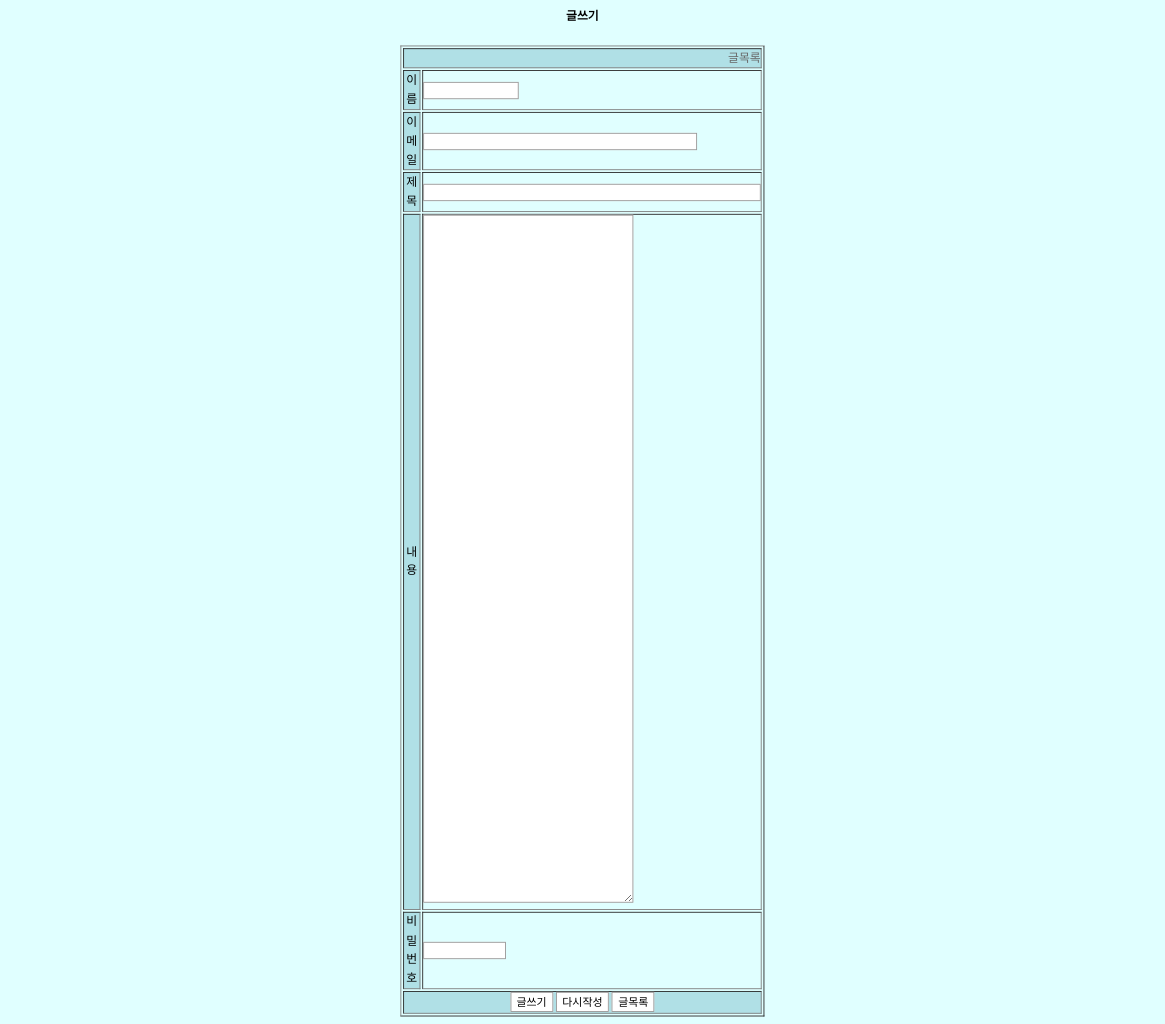
Repository: kr1124/jsp
Page: http://localhost/ServletProject/board/writeForm.jsp
The author's editor kept a copy of each file at every save. The page is drawn from the files as they stood at one save, then again after the next save.
The browser window is 1280 px wide. The pictures show the whole page, at 91% of full size.
The page is served by Tomcat 9.

Above is the page before, as saved 2024-12-10 02:19:07.

After the next save:
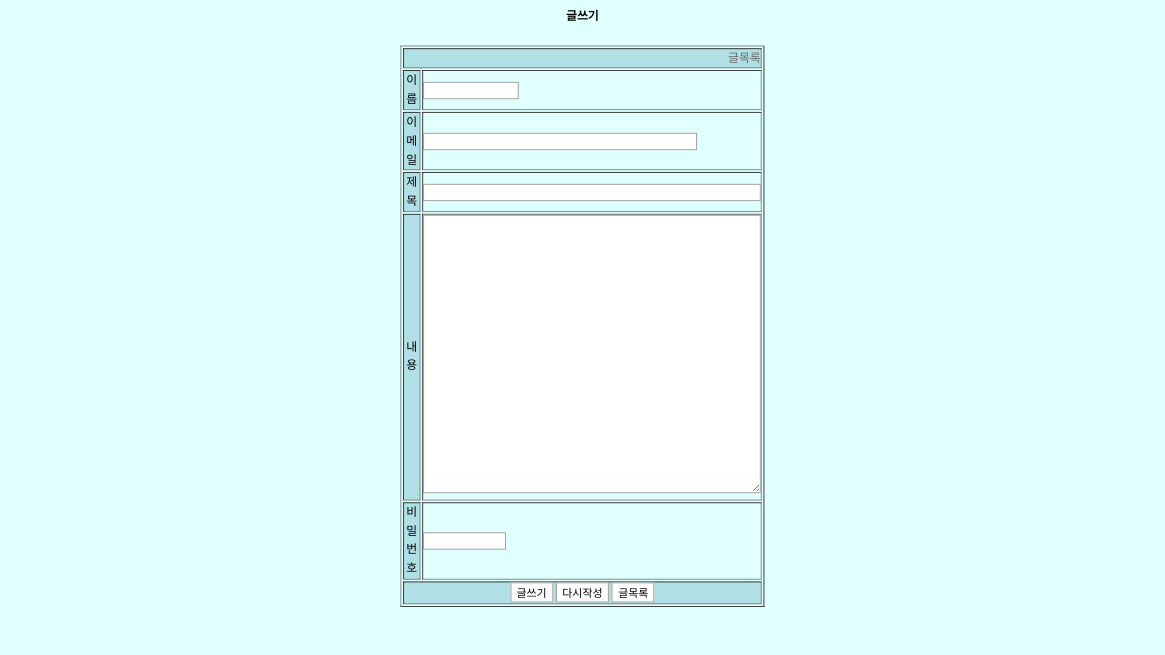
Saved 9 s later.
--- a/ServletProject/src/main/webapp/board/writeForm.jsp
+++ b/ServletProject/src/main/webapp/board/writeForm.jsp
@@ -42,7 +42,7 @@
 			<tr>
 				<td width="70" bgcolor="<%=value_c%>" align="center">내용</td>
 				<td widhh="330">
-					<textarea name="content" id="" cols="30" rows="50"></textarea>
+					<textarea name="content" id="" cols="50" rows="20"></textarea>
 				</td>
 			</tr>
 
